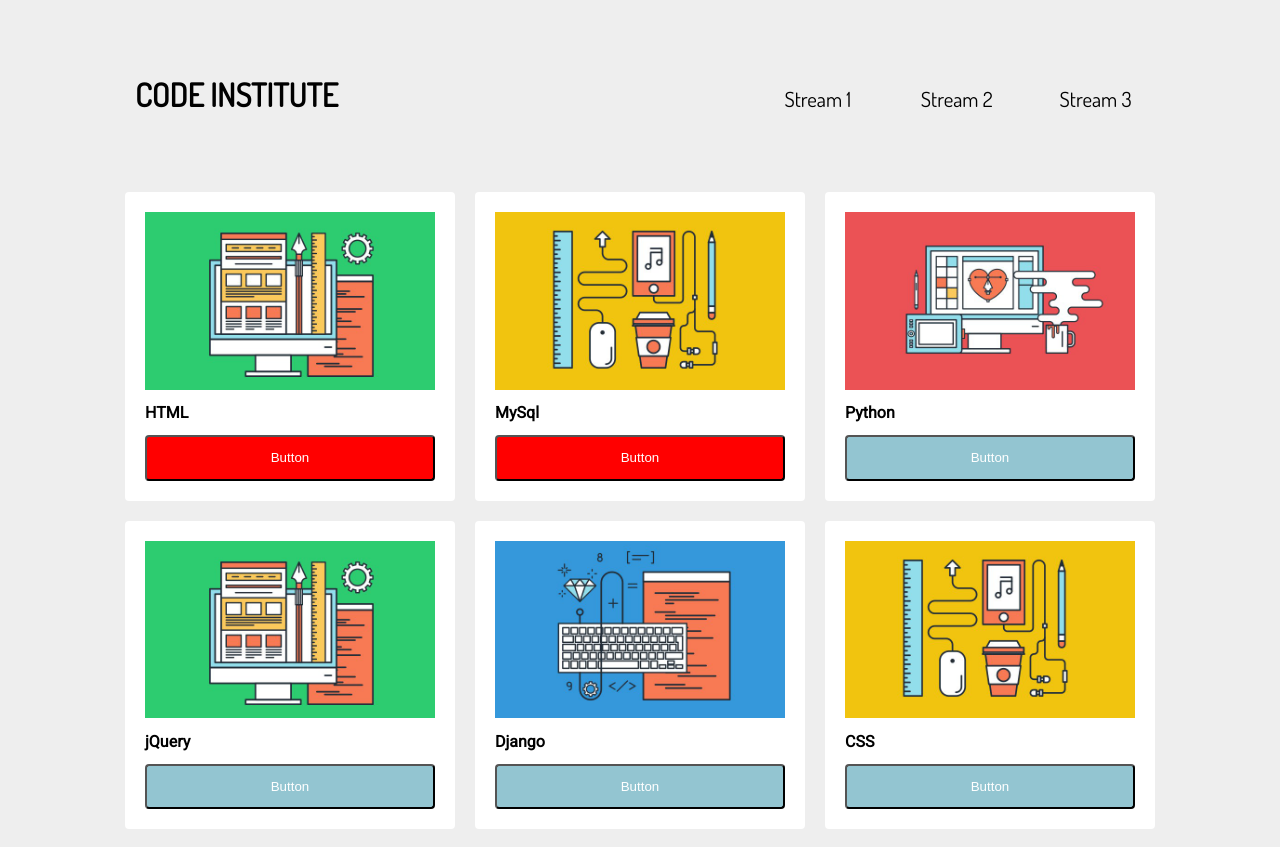
Repository: hidayatmansuri/jQueryEvents
Page: Cards-jquery.html
The author's editor kept a record of every edit. The page is drawn from the files as they stood at one moment, then again after the next edit.
The browser window is 1280 px wide. The pictures show the whole page.
Some web libraries are served in a nearby version.

Above is the page before.

### Cards-jquery.html
<!doctype html>
<html>
<head>
	<meta charset="utf-8" />
	<meta name="viewport" content="width=device-width, initial-scale=1">
	<title>jQuery</title>
	<link href="style.css" rel="stylesheet">
	<link href='https://fonts.googleapis.com/css?family=Roboto' rel='stylesheet' type='text/css'>
	<link href='https://fonts.googleapis.com/css?family=Dosis' rel='stylesheet' type='text/css'>
</head>
<body>
	<div id="container">
		<nav>
			<ul>
				<li id="logoNav">CODE INSTITUTE</li>
				<li id="stream1_btn">Stream 1</li>
				<li id="stream2_btn">Stream 2</li>
				<li id="stream3_btn">Stream 3</li>
			</ul>
		</nav>
		<div class="card stream1">
			<img class="card_image" src="img/3.png">
			<div class="card_bottom">
				<h2 id="hr_html"class="card_head" >HTML</h2>
				<p class="card_para">Once you join a <a href="#">Code Institute</a> Bootcamp you will be taken on an accelerated contextualised <a href="#">learning</a> path across 3 streams. Nothing is learned in isolation.We <a href="#">contextualise</a> the content so that the knowledge and skills gained in each learning unit feeds into, and is expanded upon, within the next unit.The outputs of each stream will be a project.
				</p>
				<button id="btn" class="bottom_button makeRed">Button</button>
			</div>
		</div>
		<div class="card stream3">
			<img class="card_image" src="img/1.png">
			<h2  id="hr_mysql"class="card_head">MySql</h2>
			<p class="card_para">If you have <a href="#">questions</a> about your career in coding or simply want to meet the Code Institute team, then come along to our next Careers Open <a href="#">Evening</a> in Dublin</p>
			<button id="btn1" class="bottom_button makeRed">Button</button>
		</div>

		<div class="card stream2">
			<img class="card_image" src="img/2.png">
			<h2 id="hr_python" class="card_head">Python</h2>
			<p class="card_para">If you have questions about your career in coding or simply want to meet the Code Institute team, then come along to our next Careers Open Evening in Dublin</p>
			<button id="btn2" class="bottom_button">Button</button>
		</div>
		<div class="card stream1">
			<img class="card_image" src="img/3.png">
			<div class="card_bottom">
				<h2 id="hr_jquery" class="card_head">jQuery</h2>
				<p class="card_para">Once you join a Code Institute Bootcamp you will be taken on an accelerated contextualised learning path across 3 streams. Nothing is learned in isolation.We contextualise the content so that the knowledge and skills gained in each learning unit feeds into, and is expanded upon, within the next unit.The outputs of each stream will be a project. </p>
				<button id="btn3" class="bottom_button">Button</button>
			</div>
		</div>
		<div class="card stream3">
			<img class="card_image" src="img/4.png">
			<h2 id="hr_django" class="card_head">Django</h2>
			<p class="card_para">The syllabus has been developed to help you transform your career. The summarised syllabus, below, provides you with a snapshop of what skills you will come away with. Feel free to contact us for more detail on what you will learn.</p>
			<button id="btn4" class="bottom_button">Button</button>
		</div>
		<div class="card stream1">
			<img class="card_image"src="img/1.png">
			<h2 id="hr_css"class="card_head">CSS</h2>
			<p class="card_para">The syllabus has been developed to help you transform your career. The summarised syllabus, below, provides you with a snapshop of what skills you will come away with. Feel free to contact us for more detail on what you will learn.</p>
			<button id="btn5" class="bottom_button">Button</button>
		</div>
		<div id="my_footer">
			<p id="copyright">Copyright Infomation</p>
		</div>
	</div>
	<script
	src="https://code.jquery.com/jquery-3.2.1.js"
	integrity="sha256-DZAnKJ/6XZ9si04Hgrsxu/8s717jcIzLy3oi35EouyE="
	crossorigin="anonymous"></script>

	<script src="script.js"></script> <!-- Scripts located at the bottom of the body to insure page is fully loaded before execution -->

</body>
</html>

### style.css
body{
	font-family: 'Roboto', sans-serif;
 	background-color: #eee;
}

h1{
	font-size: 3em;
	text-align: center;
}
h2{
	font-size: 1em;
	text-align: left;
}
p{
	font-size: .9rem;
	display: none;
}
p.text{
	background-color: red;
}

div{
	border-radius: 4px;
}

.card_image{
	width: 100%;
}
.bottom_button{
	display: flex;/*creates flex item*/
	box-sizing:border-box;
	border-radius: 4px;
	display: block;
	width: 100%;
	background-color:rgba(129, 187, 201,.85);
	text-align: center;
	padding: 1em .75em;
	text-decoration: none;
	color: #fff;

}

.makeRed {
	background-color: red;
}

.makeBorder {
	border: solid 2px black;
}

.card_bottom{
	display: flex;
	flex-flow:column;/*sets flex direction*/
}
.card_head{
	flex:0;
}
.card_para{
	flex:1 0 auto;
}

#container
{
	display: flex;		/* makes container a flexbox*/
	flex-flow: row wrap; 	/* layout the boxes in rows and wrap them*/
	box-sizing:border-box;
	margin-right:auto;
	margin-left:auto;
	max-width:1050px;
}
#logo{
	width: 800px;
	margin: auto;
}

.card{
	flex:1; /* equal width to cards applied*/
	display: flex;	/* make the contents controllable by flexbox*/
	flex-flow:column;	/* */
	min-width: 240px; /**/
	margin: 10px;
	padding: 20px;
	background-color: #fff;
}
/*adds colour red to paragraphs when called by jquery function*/
.highlight_text{
	background-color: #EB5255;
}

.highlight {
	background-color: pink;
}


/*adds colour lightblue to h2 background when called by jquery function*/
.h2_color{
	background-color: lightblue;

}
/*increases font-size of  h2 when called by jquery function*/
.h2_font_size{
	font-size: 2em;
}


#my_footer{
	width:100%;
	text-align: center;
}
#copyright{
	margin-top:10px;
	margin-bottom:10px;

}

/*************************
Navigation

**************************/

nav{
	font-family: roboto;
	background-color: #eee;
	margin: 30px auto;
	width: 100%;
}
ul{
	display: flex;/*assigns as a flex container*/
	justify-content:space-between;
	flex-flow: row;/*direction of flex*/
	align-items:baseline;
	border-radius: 10px;
	list-style-type: none; /*Remove Bullets*/
	padding: 0;
}
li{
	flex:1;/*sets equal width to flex items*/
	height: 30px;
	font-family: Dosis;
	padding:20px 20px 20px 20px;
	text-align: center;
	font-size: 1.3em;
}

#logoNav{
	flex:6;
	text-align: left;
	font-size: 2em;
	font-weight: bold;
}

.underline{
  text-decoration:underline;
}
.border{
  border: solid 5px #ccc;
}

/*for desktop layout*/
@media screen and (max-width: 700px){
	ul{
		flex-flow: column;
		align-items:center;
	}
	li{
		font-size: 2em;
	}
}

Loaded but not shown: script.js (no copy from this time; the picture is the same without it)

After the next edit:
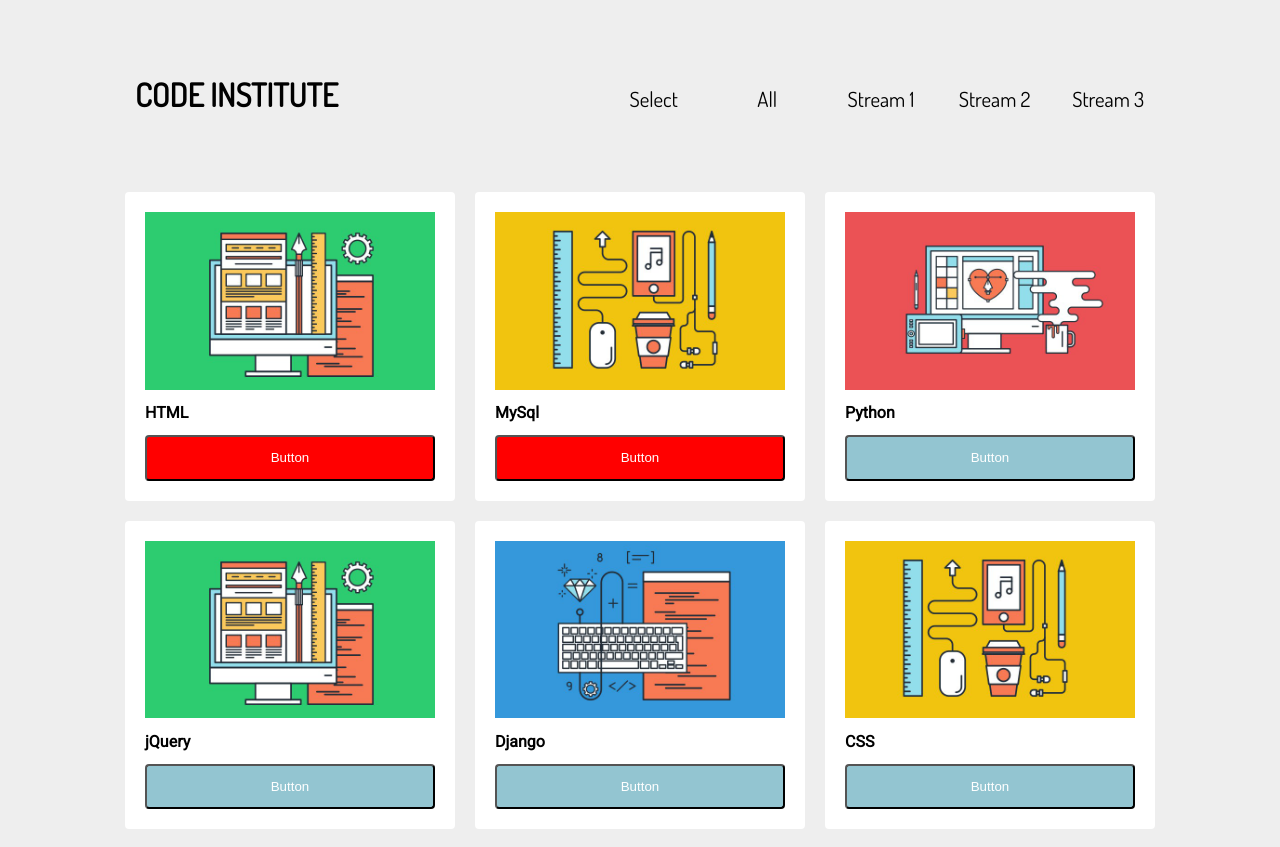
The edit:
--- a/Cards-jquery.html
+++ b/Cards-jquery.html
@@ -13,6 +13,8 @@
 		<nav>
 			<ul>
 				<li id="logoNav">CODE INSTITUTE</li>
+				<li id="select">Select</li>
+				<li id="all">All</li>
 				<li id="stream1_btn">Stream 1</li>
 				<li id="stream2_btn">Stream 2</li>
 				<li id="stream3_btn">Stream 3</li>
